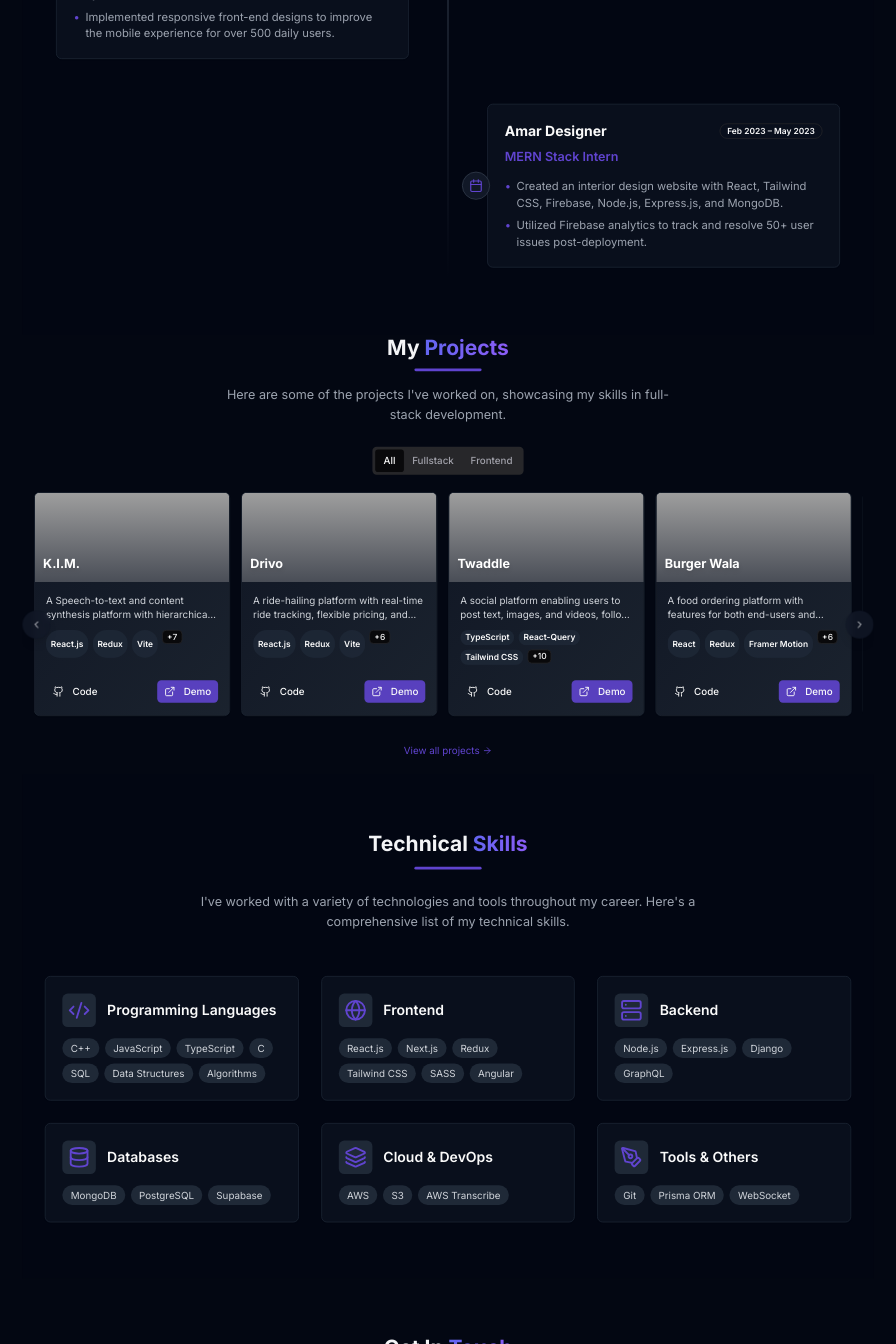
Repository: NoobCoderY/Yash
Page: /
The author's editor kept a copy of each file at every save. The page is drawn from the files as they stood at one save, then again after the next save.
The browser window is 1280 px wide. The pictures show the part of the page from y = 2455 to 4375 px (the page is 5408 px tall), at 70% of full size.
Pictures or frames that could not be fetched are drawn as grey boxes. The project was rebuilt for these pictures with package versions that can differ from the ones it lists, and the page was loaded fresh each time. The framework's server and built-in components were replaced by stand-ins that run in the browser. Also part of the build but not shown: next.config.mjs, app/actions/send-email.ts.

Above is the page before, as saved 2025-04-13 10:20:35.

### app/layout.tsx
import type React from "react"
import "./globals.css"
import type { Metadata } from "next"
import { Inter } from "next/font/google"
import { ThemeProvider } from "@/components/theme-provider"

const inter = Inter({ subsets: ["latin"] })

export const metadata: Metadata = {
  title: "Yash Diwaker | Full Stack Developer",
  description: "Portfolio of Yash Diwaker, Full Stack Developer specializing in MERN stack and AWS",
    generator: 'v0.dev'
}

export default function RootLayout({
  children,
}: Readonly<{
  children: React.ReactNode
}>) {
  return (
    <html lang="en" suppressHydrationWarning>
      <body className={inter.className}>
        <ThemeProvider attribute="class" defaultTheme="dark" enableSystem disableTransitionOnChange>
          {children}
        </ThemeProvider>
      </body>
    </html>
  )
}


import './globals.css'

### app/page.tsx
import Hero from "@/components/hero"
import Navbar from "@/components/navbar"
import About from "@/components/about"
import Experience from "@/components/experience"
import Projects from "@/components/projects"
import Skills from "@/components/skills"
import Contact from "@/components/contact"
import Footer from "@/components/footer"

export default function Home() {
  return (
    <div className="min-h-screen bg-gray-950 text-gray-100">
      <Navbar />
      <main className="container mx-auto px-4 sm:px-6 lg:px-8">
        <Hero />
        <About />
        <Experience />
        <Projects />
        <Skills />
        <Contact />
      </main>
      <Footer />
    </div>
  )
}

### components/projects.tsx
'use client';

import { useState, useRef } from 'react';
import { motion } from 'framer-motion';
import { useInView } from 'framer-motion';
import { Card, CardContent } from '@/components/ui/card';
import { Badge } from '@/components/ui/badge';
import { Button } from '@/components/ui/button';
import { Tabs, TabsContent, TabsList, TabsTrigger } from '@/components/ui/tabs';
import {
  ExternalLink,
  Github,
  ChevronLeft,
  ChevronRight,
  ArrowRight,
} from 'lucide-react';
import Link from 'next/link';
import {
  Popover,
  PopoverContent,
  PopoverTrigger,
} from '@/components/ui/popover';

export default function Projects() {
  const ref = useRef(null);
  const carouselRef = useRef<HTMLDivElement>(null);
  const isInView = useInView(ref, { once: true, margin: '-100px' });
  const [activeTab, setActiveTab] = useState('all');

  const projects = [
    {
      title: 'K.I.M.',
      description:
        'A Speech-to-text and content synthesis platform with hierarchical management of companies, departments, and projects.',
      image: '/placeholder.svg?height=300&width=500',
      tags: [
        'React.js',
        'Redux',
        'Vite',
        'Django',
        'AWS Transcribe',
        'PostgreSQL',
        'Mistral AI',
        'FFMPEG',
        'Mailjet',
        'AWS S3',
      ],
      category: 'fullstack',
      github: '#',
      demo: '#',
    },
    {
      title: 'Drivo',
      description:
        'A ride-hailing platform with real-time ride tracking, flexible pricing, and geolocation services using WebSocket and Google Maps API.',
      image: '/placeholder.svg?height=300&width=500',
      tags: [
        'React.js',
        'Redux',
        'Vite',
        'Node.js',
        'Express.js',
        'WebSocket',
        'MongoDB',
        'Google Maps API',
        'Tailwind CSS',
      ],
      category: 'fullstack',
      github: '#',
      demo: '#',
    },
    {
      title: 'Twaddle',
      description:
        'A social platform enabling users to post text, images, and videos, follow others, and view personalized feeds using GraphQL and Prisma ORM.',
      image: '/placeholder.svg?height=300&width=500',
      tags: [
        'TypeScript',
        'React-Query',
        'Tailwind CSS',
        'Next.js',
        'AWS',
        'JSON Web Tokens',
        'Prisma ORM',
        'Google OAuth',
        'GraphQL',
        'Node.js',
        'Supabase',
        'PostgreSQL',
        'Codegen',
      ],
      category: 'fullstack',
      github: '#',
      demo: '#',
    },
    {
      title: 'Burger Wala',
      description:
        'A food ordering platform with features for both end-users and admins, including online payment integration with Razorpay.',
      image: '/placeholder.svg?height=300&width=500',
      tags: [
        'React',
        'Redux',
        'Framer Motion',
        'Express.js',
        'Node.js',
        'MongoDB',
        'Passport.js',
        'Razorpay',
        'Chart.js',
      ],
      category: 'fullstack',
      github: '#',
      demo: '#',
    },
    {
      title: 'Crypto Tracker',
      description:
        'A React-based cryptocurrency tracking application featuring live data charts, favorite coin management, and real-time price updates.',
      image: '/placeholder.svg?height=300&width=500',
      tags: [
        'React.js',
        'Redux',
        'Chart.js',
        'CoinGecko API',
        'Axios',
        'Tailwind CSS',
        'React Query',
        'LocalStorage',
        'Vite',
        'Framer Motion',
      ],
      category: 'frontend',
      github: '#',
      demo: '#',
    },
    {
      title: 'E-Commerce Admin Dashboard',
      description:
        'A comprehensive admin dashboard for managing e-commerce orders, products, and customer data with sales analytics.',
      image: '/placeholder.svg?height=300&width=500',
      tags: [
        'MongoDB',
        'Express.js',
        'React.js',
        'Node.js',
        'Redux',
        'Chart.js',
        'JWT Authentication',
        'Mongoose',
        'Tailwind CSS',
        'Axios',
        'React Table',
      ],
      category: 'fullstack',
      github: '#',
      demo: '#',
    },
    {
      title: 'Quiz Application',
      description:
        'An interactive quiz platform allowing users to create, share, and participate in quizzes across various categories.',
      image: '/placeholder.svg?height=300&width=500',
      tags: [
        'MongoDB',
        'Express.js',
        'React.js',
        'Node.js',
        'Redux',
        'Socket.io',
        'JWT Authentication',
        'Mongoose',
        'Tailwind CSS',
        'React Hook Form',
      ],
      category: 'fullstack',
      github: '#',
      demo: '#',
    },
  ];

  // Get unique categories
  const categories = [
    'all',
    ...new Set(projects.map((project) => project.category)),
  ];

  // Filter projects based on active tab
  const filteredProjects =
    activeTab === 'all'
      ? projects
      : projects.filter((project) => project.category === activeTab);

  const scroll = (direction: 'left' | 'right') => {
    if (carouselRef.current) {
      const { current } = carouselRef;
      const scrollAmount =
        direction === 'left' ? -current.clientWidth : current.clientWidth;
      current.scrollBy({ left: scrollAmount, behavior: 'smooth' });
    }
  };

  const cardVariants = {
    hidden: { opacity: 0, y: 20 },
    visible: (i: number) => ({
      opacity: 1,
      y: 0,
      transition: {
        delay: 0.05 * i,
        duration: 0.4,
      },
    }),
  };

  return (
    <section
      id='projects'
      className=' overflow-hidden'
    >
      <div className='container mx-auto px-4'>
        <motion.div
          initial={{ opacity: 0, y: 20 }}
          animate={isInView ? { opacity: 1, y: 0 } : { opacity: 0, y: 20 }}
          transition={{ duration: 0.5 }}
          ref={ref}
          className='text-center mb-8'
        >
          <h2 className='text-3xl font-bold mb-3'>
            My <span className='gradient-text'>Projects</span>
          </h2>
          <div className='w-24 h-1 bg-primary mx-auto mb-5 rounded-full'></div>
          <p className='text-lg text-gray-400 max-w-2xl mx-auto'>
            Here are some of the projects I've worked on, showcasing my skills
            in full-stack development.
          </p>
        </motion.div>

        <Tabs
          defaultValue='all'
          value={activeTab}
          onValueChange={setActiveTab}
          className='mb-6'
        >
          <div className='flex justify-center mb-6'>
            <TabsList>
              {categories.map((category) => (
                <TabsTrigger
                  key={category}
                  value={category}
                  className='capitalize'
                >
                  {category}
                </TabsTrigger>
              ))}
            </TabsList>
          </div>

          <TabsContent
            value={activeTab}
            className='mt-0 relative'
          >
            <div className='absolute -left-4 top-1/2 -translate-y-1/2 z-10'>
              <Button
                variant='ghost'
                size='icon'
                className='rounded-full bg-gray-900/80 backdrop-blur-sm hover:bg-gray-800 shadow-lg'
                onClick={() => scroll('left')}
              >
                <ChevronLeft className='h-5 w-5' />
                <span className='sr-only'>Scroll left</span>
              </Button>
            </div>

            <div
              ref={carouselRef}
              className='flex overflow-x-auto gap-4 pb-4 snap-x snap-mandatory hide-scrollbar'
              style={{ scrollbarWidth: 'none', msOverflowStyle: 'none' }}
            >
              {filteredProjects.map((project, i) => (
                <motion.div
                  key={i}
                  custom={i}
                  variants={cardVariants}
                  initial='hidden'
                  animate={isInView ? 'visible' : 'hidden'}
                  className='min-w-[280px] max-w-[280px] snap-start'
                >
                  <Card className='h-[320px] bg-gradient-to-br from-gray-900/90 to-gray-800/80 border-gray-800 hover:border-primary/40 transition-all duration-300 overflow-hidden group relative'>
                    <div className='absolute inset-0 bg-gradient-to-br from-primary/10 to-purple-900/10 opacity-0 group-hover:opacity-100 transition-opacity duration-500'></div>

                    <div className='relative h-32 overflow-hidden'>
                      <img
                        src={project.image || '/placeholder.svg'}
                        alt={project.title}
                        className='w-full h-full object-cover transition-transform duration-700 group-hover:scale-110'
                      />
                      <div className='absolute inset-0 bg-gradient-to-t from-gray-900 to-transparent opacity-60'></div>
                      <div className='absolute bottom-0 left-0 w-full p-3'>
                        <h3 className='text-lg font-bold text-white drop-shadow-md'>
                          {project.title}
                        </h3>
                      </div>
                    </div>

                    <CardContent className='p-4 flex flex-col h-[188px]'>
                      <p className='text-gray-300 text-sm mb-3 line-clamp-2 h-10'>
                        {project.description}
                      </p>

                      <div className='flex flex-wrap gap-1.5 h-[40px]'>
                        {project.tags.slice(0, 3).map((tag, index) => (
                          <Badge
                            key={index}
                            variant='secondary'
                            className='text-xs px-1.5 py-0.5 bg-gray-800/80'
                          >
                            {tag}
                          </Badge>
                        ))}
                        {project.tags.length > 3 && (
                          <Popover>
                            <PopoverTrigger asChild>
                              <Button
                                variant='outline'
                                size='sm'
                                className='h-5 text-xs px-1.5 py-0'
                              >
                                +{project.tags.length - 3}
                              </Button>
                            </PopoverTrigger>
                            <PopoverContent className='w-auto p-2 bg-gray-900 border-gray-800'>
                              <div className='flex flex-wrap gap-1.5 max-w-[250px]'>
                                {project.tags.slice(3).map((tag, index) => (
                                  <Badge
                                    key={index}
                                    variant='secondary'
                                    className='text-xs px-1.5 py-0.5 bg-gray-800/80'
                                  >
                                    {tag}
                                  </Badge>
                                ))}
                              </div>
                            </PopoverContent>
                          </Popover>
                        )}
                      </div>

                      <div className='flex justify-between mt-auto'>
                        <Link
                          href={project.github}
                          target='_blank'
                          rel='noopener noreferrer'
                        >
                          <Button
                            variant='ghost'
                            size='sm'
                            className='h-8 px-2.5'
                          >
                            <Github className='h-3.5 w-3.5 mr-1' />
                            Code
                          </Button>
                        </Link>
                        <Link
                          href={project.demo}
                          target='_blank'
                          rel='noopener noreferrer'
                        >
                          <Button
                            size='sm'
                            className='h-8 px-2.5 bg-primary/90 hover:bg-primary'
                          >
                            <ExternalLink className='h-3.5 w-3.5 mr-1' />
                            Demo
                          </Button>
                        </Link>
                      </div>
                    </CardContent>

                    <div className='absolute inset-0 bg-gradient-to-t from-black to-transparent opacity-0 group-hover:opacity-20 transition-opacity duration-300 pointer-events-none'></div>
                  </Card>
                </motion.div>
              ))}
            </div>

            <div className='absolute -right-4 top-1/2 -translate-y-1/2 z-10'>
              <Button
                variant='ghost'
                size='icon'
                className='rounded-full bg-gray-900/80 backdrop-blur-sm hover:bg-gray-800 shadow-lg'
                onClick={() => scroll('right')}
              >
                <ChevronRight className='h-5 w-5' />
                <span className='sr-only'>Scroll right</span>
              </Button>
            </div>

            <div className='flex justify-center mt-6'>
              <Link
                href='#'
                className='group inline-flex items-center text-sm text-primary hover:text-primary/80 transition-colors'
              >
                View all projects
                <ArrowRight className='ml-1 h-3.5 w-3.5 transition-transform group-hover:translate-x-0.5' />
              </Link>
            </div>
          </TabsContent>
        </Tabs>
      </div>
    </section>
  );
}

### components/ui/card.tsx
import * as React from "react"

import { cn } from "@/lib/utils"

const Card = React.forwardRef<
  HTMLDivElement,
  React.HTMLAttributes<HTMLDivElement>
>(({ className, ...props }, ref) => (
  <div
    ref={ref}
    className={cn(
      "rounded-lg border bg-card text-card-foreground shadow-sm",
      className
    )}
    {...props}
  />
))
Card.displayName = "Card"

const CardHeader = React.forwardRef<
  HTMLDivElement,
  React.HTMLAttributes<HTMLDivElement>
>(({ className, ...props }, ref) => (
  <div
    ref={ref}
    className={cn("flex flex-col space-y-1.5 p-6", className)}
    {...props}
  />
))
CardHeader.displayName = "CardHeader"

const CardTitle = React.forwardRef<
  HTMLDivElement,
  React.HTMLAttributes<HTMLDivElement>
>(({ className, ...props }, ref) => (
  <div
    ref={ref}
    className={cn(
      "text-2xl font-semibold leading-none tracking-tight",
      className
    )}
    {...props}
  />
))
CardTitle.displayName = "CardTitle"

const CardDescription = React.forwardRef<
  HTMLDivElement,
  React.HTMLAttributes<HTMLDivElement>
>(({ className, ...props }, ref) => (
  <div
    ref={ref}
    className={cn("text-sm text-muted-foreground", className)}
    {...props}
  />
))
CardDescription.displayName = "CardDescription"

const CardContent = React.forwardRef<
  HTMLDivElement,
  React.HTMLAttributes<HTMLDivElement>
>(({ className, ...props }, ref) => (
  <div ref={ref} className={cn("p-6 pt-0", className)} {...props} />
))
CardContent.displayName = "CardContent"

const CardFooter = React.forwardRef<
  HTMLDivElement,
  React.HTMLAttributes<HTMLDivElement>
>(({ className, ...props }, ref) => (
  <div
    ref={ref}
    className={cn("flex items-center p-6 pt-0", className)}
    {...props}
  />
))
CardFooter.displayName = "CardFooter"

export { Card, CardHeader, CardFooter, CardTitle, CardDescription, CardContent }

### components/ui/badge.tsx
import * as React from "react"
import { cva, type VariantProps } from "class-variance-authority"

import { cn } from "@/lib/utils"

const badgeVariants = cva(
  "inline-flex items-center rounded-full border px-2.5 py-0.5 text-xs font-semibold transition-colors focus:outline-none focus:ring-2 focus:ring-ring focus:ring-offset-2",
  {
    variants: {
      variant: {
        default:
          "border-transparent bg-primary text-primary-foreground hover:bg-primary/80",
        secondary:
          "border-transparent bg-secondary text-secondary-foreground hover:bg-secondary/80",
        destructive:
          "border-transparent bg-destructive text-destructive-foreground hover:bg-destructive/80",
        outline: "text-foreground",
      },
    },
    defaultVariants: {
      variant: "default",
    },
  }
)

export interface BadgeProps
  extends React.HTMLAttributes<HTMLDivElement>,
    VariantProps<typeof badgeVariants> {}

function Badge({ className, variant, ...props }: BadgeProps) {
  return (
    <div className={cn(badgeVariants({ variant }), className)} {...props} />
  )
}

export { Badge, badgeVariants }

### components/ui/tabs.tsx
"use client"

import * as React from "react"
import * as TabsPrimitive from "@radix-ui/react-tabs"

import { cn } from "@/lib/utils"

const Tabs = TabsPrimitive.Root

const TabsList = React.forwardRef<
  React.ElementRef<typeof TabsPrimitive.List>,
  React.ComponentPropsWithoutRef<typeof TabsPrimitive.List>
>(({ className, ...props }, ref) => (
  <TabsPrimitive.List
    ref={ref}
    className={cn(
      "inline-flex h-10 items-center justify-center rounded-md bg-muted p-1 text-muted-foreground",
      className
    )}
    {...props}
  />
))
TabsList.displayName = TabsPrimitive.List.displayName

const TabsTrigger = React.forwardRef<
  React.ElementRef<typeof TabsPrimitive.Trigger>,
  React.ComponentPropsWithoutRef<typeof TabsPrimitive.Trigger>
>(({ className, ...props }, ref) => (
  <TabsPrimitive.Trigger
    ref={ref}
    className={cn(
      "inline-flex items-center justify-center whitespace-nowrap rounded-sm px-3 py-1.5 text-sm font-medium ring-offset-background transition-all focus-visible:outline-none focus-visible:ring-2 focus-visible:ring-ring focus-visible:ring-offset-2 disabled:pointer-events-none disabled:opacity-50 data-[state=active]:bg-background data-[state=active]:text-foreground data-[state=active]:shadow-sm",
      className
    )}
    {...props}
  />
))
TabsTrigger.displayName = TabsPrimitive.Trigger.displayName

const TabsContent = React.forwardRef<
  React.ElementRef<typeof TabsPrimitive.Content>,
  React.ComponentPropsWithoutRef<typeof TabsPrimitive.Content>
>(({ className, ...props }, ref) => (
  <TabsPrimitive.Content
    ref={ref}
    className={cn(
      "mt-2 ring-offset-background focus-visible:outline-none focus-visible:ring-2 focus-visible:ring-ring focus-visible:ring-offset-2",
      className
    )}
    {...props}
  />
))
TabsContent.displayName = TabsPrimitive.Content.displayName

export { Tabs, TabsList, TabsTrigger, TabsContent }

### components/ui/popover.tsx
"use client"

import * as React from "react"
import * as PopoverPrimitive from "@radix-ui/react-popover"

import { cn } from "@/lib/utils"

const Popover = PopoverPrimitive.Root

const PopoverTrigger = PopoverPrimitive.Trigger

const PopoverContent = React.forwardRef<
  React.ElementRef<typeof PopoverPrimitive.Content>,
  React.ComponentPropsWithoutRef<typeof PopoverPrimitive.Content>
>(({ className, align = "center", sideOffset = 4, ...props }, ref) => (
  <PopoverPrimitive.Portal>
    <PopoverPrimitive.Content
      ref={ref}
      align={align}
      sideOffset={sideOffset}
      className={cn(
        "z-50 w-72 rounded-md border bg-popover p-4 text-popover-foreground shadow-md outline-none data-[state=open]:animate-in data-[state=closed]:animate-out data-[state=closed]:fade-out-0 data-[state=open]:fade-in-0 data-[state=closed]:zoom-out-95 data-[state=open]:zoom-in-95 data-[side=bottom]:slide-in-from-top-2 data-[side=left]:slide-in-from-right-2 data-[side=right]:slide-in-from-left-2 data-[side=top]:slide-in-from-bottom-2",
        className
      )}
      {...props}
    />
  </PopoverPrimitive.Portal>
))
PopoverContent.displayName = PopoverPrimitive.Content.displayName

export { Popover, PopoverTrigger, PopoverContent }

### components/ui/input.tsx
import * as React from "react"

import { cn } from "@/lib/utils"

const Input = React.forwardRef<HTMLInputElement, React.ComponentProps<"input">>(
  ({ className, type, ...props }, ref) => {
    return (
      <input
        type={type}
        className={cn(
          "flex h-10 w-full rounded-md border border-input bg-background px-3 py-2 text-base ring-offset-background file:border-0 file:bg-transparent file:text-sm file:font-medium file:text-foreground placeholder:text-muted-foreground focus-visible:outline-none focus-visible:ring-2 focus-visible:ring-ring focus-visible:ring-offset-2 disabled:cursor-not-allowed disabled:opacity-50 md:text-sm",
          className
        )}
        ref={ref}
        {...props}
      />
    )
  }
)
Input.displayName = "Input"

export { Input }

Loaded but not shown: components/theme-provider.tsx (common file); components/ui/textarea.tsx (common file); hooks/use-toast.ts (common file); lib/utils.ts (common file); tailwind.config.ts (common file); components/contact.tsx (244 lines, source omitted); components/hero.tsx (166 lines, source omitted); components/experience.tsx (114 lines, source omitted); components/skills.tsx (126 lines, source omitted); components/navbar.tsx (107 lines, source omitted); components/about.tsx (86 lines, source omitted); components/footer.tsx (79 lines, source omitted); app/globals.css (141 lines, source omitted); components/ui/button.tsx (56 lines, source omitted)

After the next save:
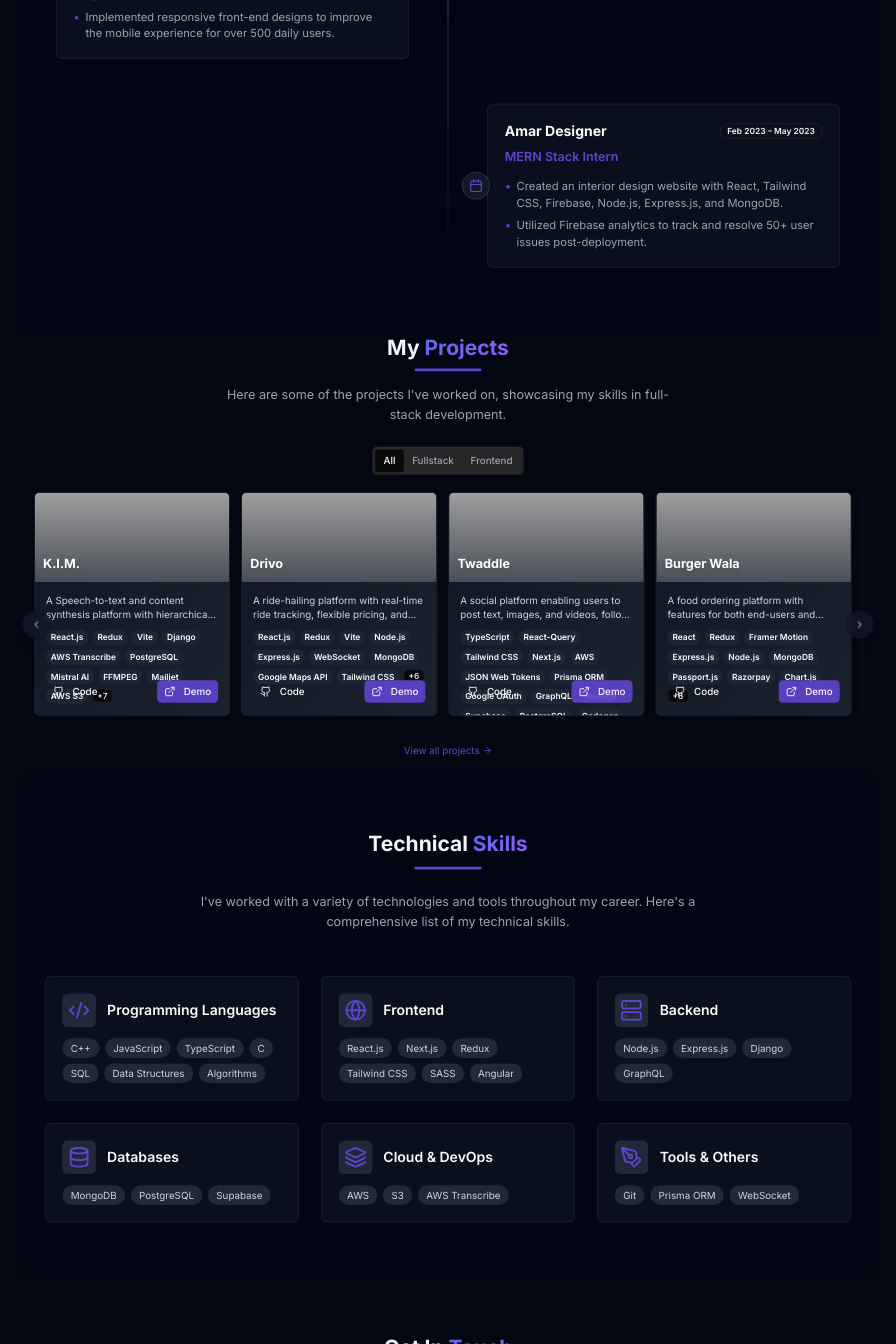
Saved 31 s later.
--- a/components/projects.tsx
+++ b/components/projects.tsx
@@ -308,7 +308,7 @@ export default function Projects() {
                       </p>
 
                       <div className='flex flex-wrap gap-1.5 h-[40px]'>
-                        {project.tags.slice(0, 3).map((tag, index) => (
+                        {project.tags.map((tag, index) => (
                           <Badge
                             key={index}
                             variant='secondary'
